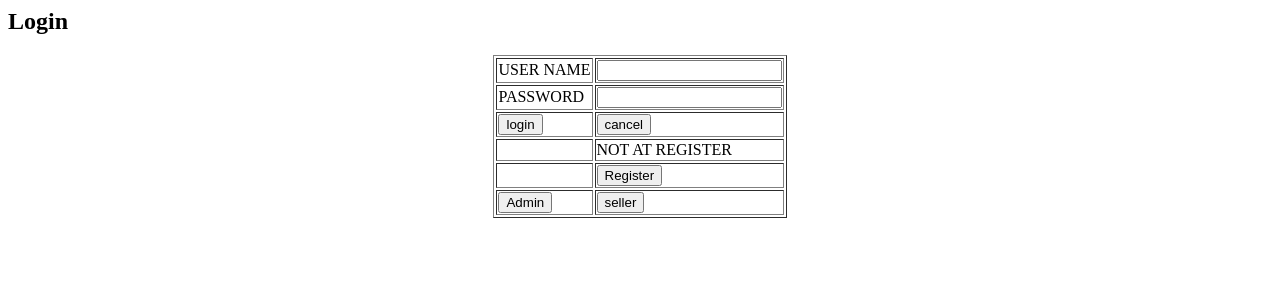
Repository: saik46573/sai
Page: http://localhost/Project/
An editor plug-in stored every save of this project. The page is shown before and after the next save, followed by the edit.
The browser window is 1280 px wide. The pictures show the whole page.
The page is served by Tomcat 9. Other server files are loaded and not shown.

Above is the page before, as saved 2023-08-08 09:35:41.

### eclipse-workspace/Project/src/main/webapp/index.jsp
<html>
<body>
<h2>Login </h2>
<form action="login" method="post">
	<table border="1px" align="center">
	<tr>
	<td>USER NAME</td>
	<td> <input type= "text" ></td>
	</tr>
	<tr>
	<td>PASSWORD</td>
	<td> <input type= "text" ></td>
	</tr>
	<tr>
	<td><input type="submit" value="login"></td>
	<td> <input type= "submit" value="cancel"></td>
	</tr>
	<tr>
	<td></td>
	<td>  NOT AT REGISTER  </td>
	</tr>
	<tr>
	<td></td>
	<td><input type="submit" value="Register">   </td>
	</tr>
	<tr>
	<td><input type="submit" value="Admin"></td>
	<td> <input type= "submit" value="seller"></td>
	</tr>
	</table>
</form>
</body>
</html>

After the next save:
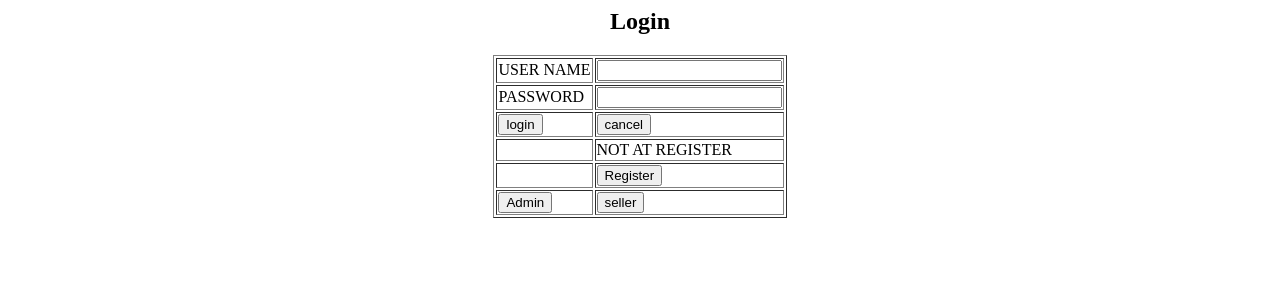
Saved 25 s later.
--- a/eclipse-workspace/Project/src/main/webapp/index.jsp
+++ b/eclipse-workspace/Project/src/main/webapp/index.jsp
@@ -1,6 +1,6 @@
 <html>
 <body>
-<h2>Login </h2>
+<h2 align="center">Login </h2>
 <form action="login" method="post">
 	<table border="1px" align="center">
 	<tr>
